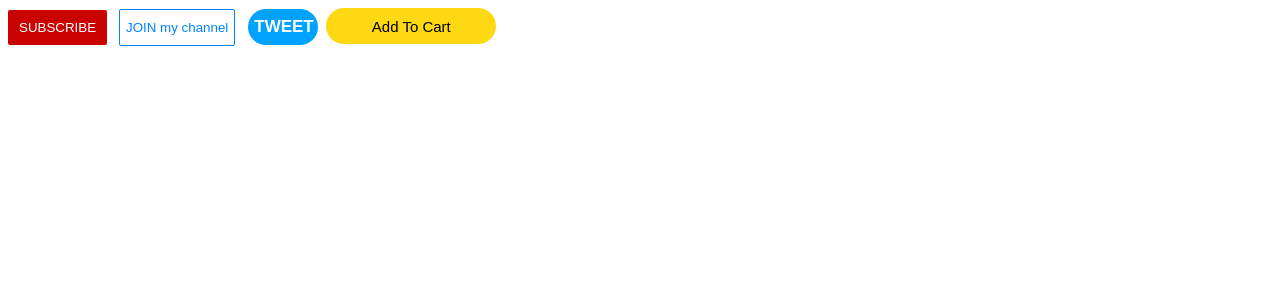
Repository: RagulRanjeeth/Frontend
Page: buttons.html
These files come from the project's save history. The page is drawn as it stood at one moment and after the next save; the edit follows.
The browser window is 1280 px wide. The pictures show the whole page.

Above is the page before, as saved 2026-01-19 18:03:19.

After the next save:
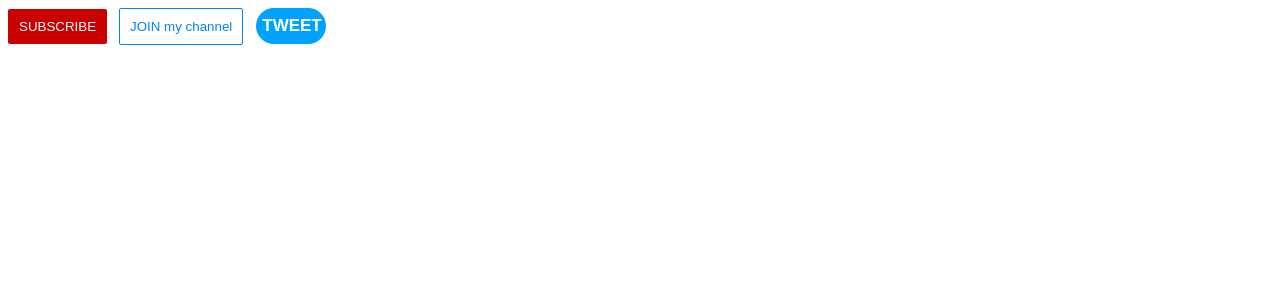
Saved 11 min 5 s later.
--- a/buttons.html
+++ b/buttons.html
@@ -33,8 +33,8 @@
         border-width: 1px;
         padding-top: 10px;
         padding-bottom: 10px;
-        /* padding-right: 10px;
-        padding-left: 10px; */
+        padding-right: 10px;
+        padding-left: 10px;
         border-radius: 2px;
         cursor: pointer;
         margin-right: 1px;
@@ -67,7 +67,6 @@
         cursor: pointer;
         transition: background-color 1s,
         color 1s;
-
     }
 
     .tweet:hover{
@@ -110,7 +109,3 @@
 <button class="join">JOIN my channel</button>
 
 <button class="tweet">TWEET</button>
-
-<button class="amazon">
-    Add To Cart
-</button>
